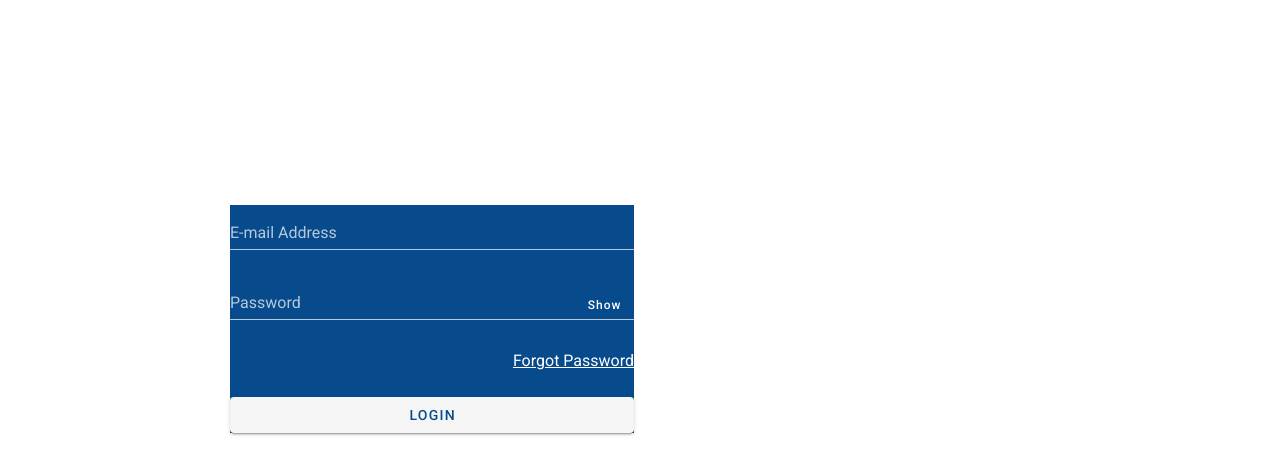
Repository: Grace229/Login
Page: /
These files come from the project's save history. The page is drawn as it stood at one moment and after the next save; the edit follows.
The browser window is 1280 px wide. The pictures show the whole page.
The project was rebuilt for these pictures with package versions that can differ from the ones it lists, and the page was loaded fresh each time. Also part of the build but not shown: vue.config.js. Imported but missing from the stored project, and not drawn on this page: src/components/EventBus, src/views/About.vue.

Above is the page before, as saved 2021-02-15 12:01:07.

After the next save:
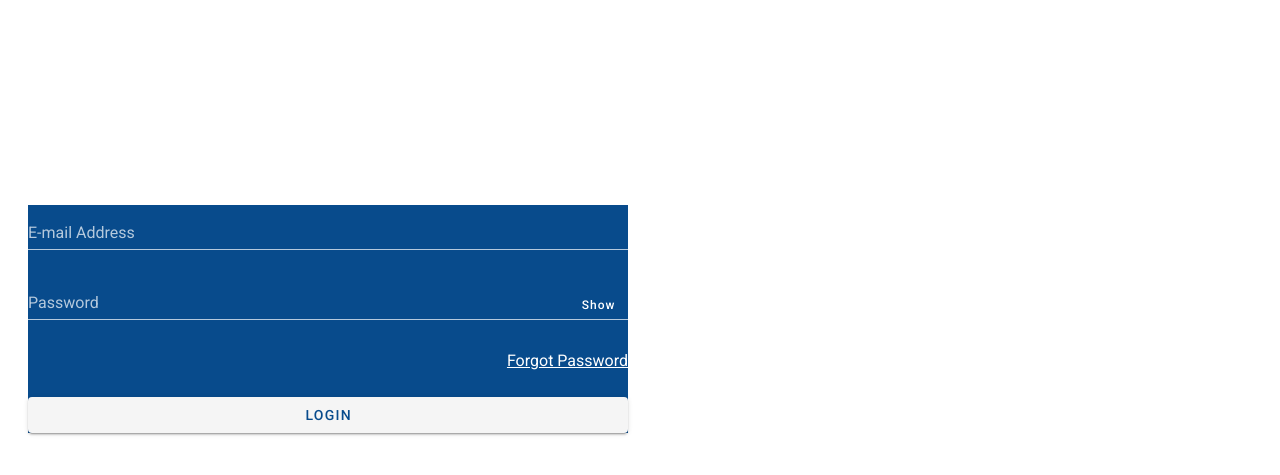
Saved 40 s later.
--- a/src/views/Home.vue
+++ b/src/views/Home.vue
@@ -3,14 +3,14 @@
     style="min-height:100vh"
     class="fill-height white--text d-flex flex-column justify-center pa-4"
   >
-    <div class="col-md-8 mt-5">
+    <div class="col-md-8 mt-5" style="width: 50%">
       <header>
         <div class="headline text-center py-2">
           Login
         </div>
       </header>
 
-      <section class="mx-auto primary min-height:100vh" style="width: 50%">
+      <section class="mx-auto primary min-height:100vh">
         <div>
           <v-text-field
             dark
